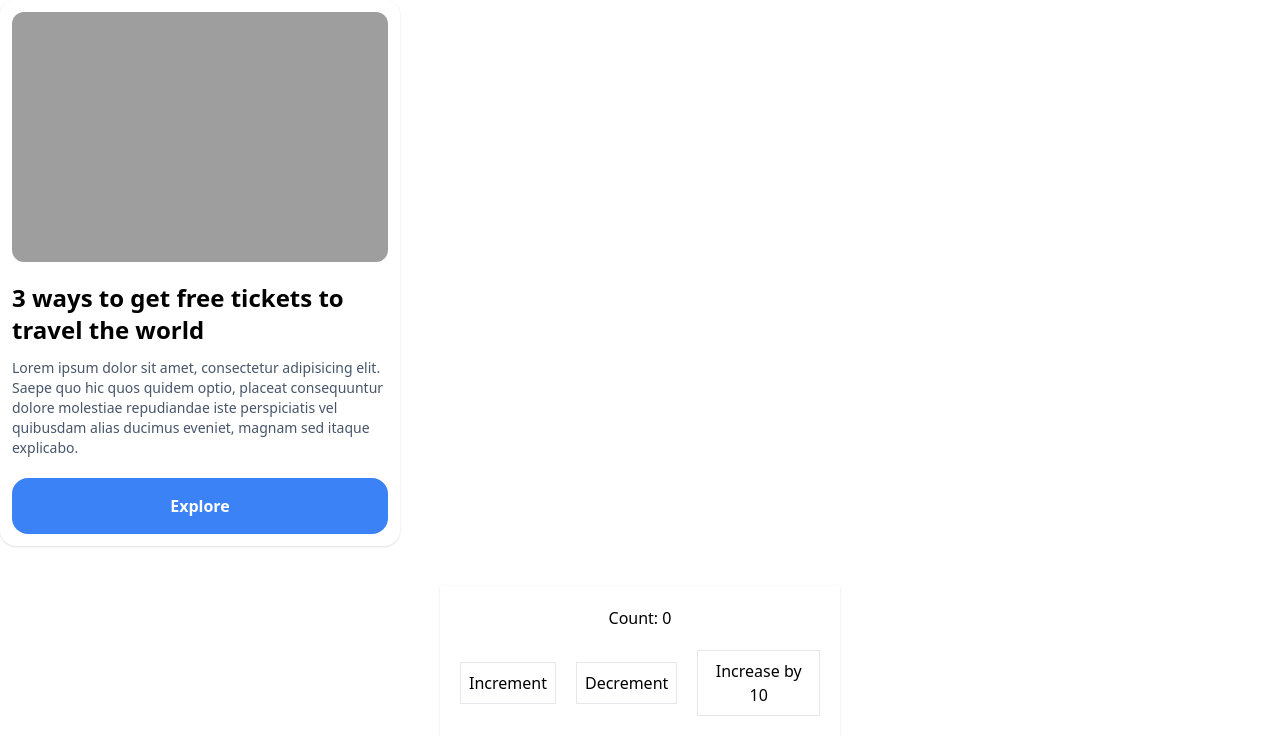
Repository: vophuocthanh/redux
Page: /
The author's editor kept a copy of each file at every save. The page is drawn from the files as they stood at one save, then again after a run of saves.
The browser window is 1280 px wide. The pictures show the whole page.
Pictures or frames that could not be fetched are drawn as grey boxes. The project was rebuilt for these pictures with package versions that can differ from the ones it lists, and the page was loaded fresh each time. Also part of the build but not shown: src/App.css.

Above is the page before, as saved 2023-03-09 00:36:56.

### src/index.js
import React from "react";
import { createRoot } from "react-dom/client";
import App from "./App";
import reportWebVitals from "./reportWebVitals";
import "./index.css";
import { Provider } from "react-redux";
import store from "./redux-toolkit/configureStore";

const container = document.getElementById("root");
const root = createRoot(container);

root.render(
  <Provider store={store}>
    <App />
  </Provider>
);

// If you want to start measuring performance in your app, pass a function
// to log results (for example: reportWebVitals(console.log))
// or send to an analytics endpoint. Learn more: https://bit.ly/CRA-vitals
reportWebVitals();

### src/App.js
import React, { useEffect } from "react";
import { useDispatch, useSelector } from "react-redux";
import "./App.css";
import Card from "./components/Card";
import Counter from "./components/Counter";
import useDarkMode from "./hooks/useDarkMode";
import { toggleDarkMode } from "./redux-toolkit/globalSlice";

function App() {
  const globalOptions = useSelector((state) => state.global);
  console.log("App ~ globalOptions:", globalOptions);
  // const dispatch = useDispatch();
  // const [darkMode, setDarkMode] = useDarkMode();
  // useEffect(() => {
  //   dispatch(toggleDarkMode(darkMode));
  //   // eslint-disable-next-line react-hooks/exhaustive-deps
  // }, []);
  // const handleToggleDarkMode = () => {
  //   setDarkMode(!darkMode);
  //   dispatch(toggleDarkMode(!darkMode));
  // };
  return (
    <div>
      <Card></Card>
      <Counter></Counter>
    </div>
  );
}

function SwitchDarkMode() {
  const dispatch = useDispatch();
  const [darkMode, setDarkMode] = useDarkMode();
  useEffect(() => {
    dispatch(toggleDarkMode(darkMode));
    // eslint-disable-next-line react-hooks/exhaustive-deps
  }, []);
  const handleToggleDarkMode = () => {
    setDarkMode(!darkMode);
    dispatch(toggleDarkMode(!darkMode));
  };
  return (
    <button
      className="p-4 m-3 rounded bg-cyan-300"
      onClick={handleToggleDarkMode}
    >
      Toggle dark mode
    </button>
  );
}

export default App;

### src/redux-toolkit/configureStore.js
import { configureStore, combineReducers } from "@reduxjs/toolkit";
import counterSlice from "./counterSlice";
import globalSlice from "./globalSlice";

const reducer = combineReducers({
  counter: counterSlice,
  global: globalSlice,
});

const store = configureStore({
  reducer,
});

export default store;

### src/components/Card.js
import React from "react";

const Card = () => {
  return (
    <div className="w-[400px] bg-white p-3 rounded-2xl shadow dark:bg-slate-900">
      <div className="card-image h-[250px] mb-5">
        <img
          src="https://cdn.dribbble.com/users/2400293/screenshots/16378193/media/e9ad5ebe9dd6822be9ee622c7465d9e5.png?compress=1&resize=1200x900&vertical=top"
          alt=""
          className="object-cover w-full h-full rounded-xl"
        />
      </div>
      <div className="card-content">
        <h3 className="mb-3 text-2xl font-bold card-title dark:text-white">
          3 ways to get free tickets to travel the world
        </h3>
        <p className="mb-5 text-sm text-slate-600 card-desc dark:text-slate-100">
          Lorem ipsum dolor sit amet, consectetur adipisicing elit. Saepe quo
          hic quos quidem optio, placeat consequuntur dolore molestiae
          repudiandae iste perspiciatis vel quibusdam alias ducimus eveniet,
          magnam sed itaque explicabo.
        </p>
        <a
          href="/#"
          className="block p-4 font-semibold text-center text-white bg-blue-500 card-details rounded-2xl"
        >
          Explore
        </a>
      </div>
    </div>
  );
};

export default Card;

### src/components/Counter.js
import React from "react";
import { useDispatch, useSelector } from "react-redux";
import {
  decrement,
  increment,
  incrementByValue,
} from "../redux-toolkit/counterSlice";
// import { decrement, increment, incrementByValue } from "../redux/counter";

const Counter = () => {
  const count = useSelector((state) => state.counter.count);
  const dispatch = useDispatch();
  const handleIncrement = () => {
    dispatch(increment());
  };
  const handleDecrement = () => {
    dispatch(decrement());
  };
  const handleIncrementByValue = () => {
    dispatch(incrementByValue({ value: 10 }));
  };

  return (
    <div className="flex flex-col items-center p-5 bg-white shadow w-[400px] mx-auto mt-10">
      <h2 className="mb-5">Count: {count}</h2>
      <div className="flex justify-center items-center gap-x-5">
        <button
          className="inline-block p-2 border border-gray-200"
          onClick={handleIncrement}
        >
          Increment
        </button>
        <button
          className="inline-block p-2 border border-gray-200"
          onClick={handleDecrement}
        >
          Decrement
        </button>
        <button
          className="inline-block p-2 border border-gray-200"
          onClick={handleIncrementByValue}
        >
          Increase by 10
        </button>
      </div>
    </div>
  );
};

export default Counter;

### src/hooks/useDarkMode.js
import { useEffect } from "react";
import useLocalStorage from "./useLocalStorage";
import useMedia from "./useMedia";

export default function useDarkMode() {
  // Use our useLocalStorage hook to persist state through a page refresh.
  // Read the recipe for this hook to learn more: usehooks.com/useLocalStorage
  const [enabledState, setEnabledState] = useLocalStorage("dark-mode-enabled");
  // See if user has set a browser or OS preference for dark mode.
  // The usePrefersDarkMode hook composes a useMedia hook (see code below).
  // const prefersDarkMode = usePrefersDarkMode();
  // If enabledState is defined use it, otherwise fallback to prefersDarkMode.
  // This allows user to override OS level setting on our website.
  const enabled = typeof enabledState !== "undefined" ? enabledState : false;
  // Fire off effect that add/removes dark mode class
  useEffect(
    () => {
      const className = "dark";
      const element = window.document.documentElement;
      if (enabled) {
        element.classList.add(className);
      } else {
        element.classList.remove(className);
      }
    },
    [enabled] // Only re-call effect when value changes
  );
  // Return enabled state and setter
  return [enabled, setEnabledState];
}
// Compose our useMedia hook to detect dark mode preference.
// The API for useMedia looks a bit weird, but that's because ...
// ... it was designed to support multiple media queries and return values.
// Thanks to hook composition we can hide away that extra complexity!
// Read the recipe for useMedia to learn more: usehooks.com/useMedia
function usePrefersDarkMode() {
  return useMedia(["(prefers-color-scheme: dark)"], [true], false);
}

### src/redux-toolkit/globalSlice.js
import { createSlice } from "@reduxjs/toolkit";

const globalSlice = createSlice({
  name: "global",
  initialState: {
    darkMode: false,
  },
  reducers: {
    toggleDarkMode: (state, { payload }) => {
      return {
        ...state,
        darkMode: payload,
      };
    },
  },
});
export const { toggleDarkMode } = globalSlice.actions;
export default globalSlice.reducer;

### src/redux-toolkit/counterSlice.js
import { createSlice } from "@reduxjs/toolkit";

const counterSlice = createSlice({
  name: "counter",
  initialState: {
    count: 0,
  },
  reducers: {
    increment: (state) => ({
      ...state,
      count: state.count + 1,
    }),
    decrement: (state) => ({
      ...state,
      count: state.count - 1,
    }),
    incrementByValue: (state, { payload }) => {
      return {
        ...state,
        count: state.count + payload.value,
      };
    },
  },
});
export const { increment, decrement, incrementByValue } = counterSlice.actions;
export default counterSlice.reducer;

### src/hooks/useLocalStorage.js
import { useState } from "react";

export default function useLocalStorage(key, initialValue) {
  // State to store our value
  // Pass initial state function to useState so logic is only executed once
  const [storedValue, setStoredValue] = useState(() => {
    if (typeof window === "undefined") {
      return initialValue;
    }
    try {
      // Get from local storage by key
      const item = window.localStorage.getItem(key);
      // Parse stored json or if none return initialValue
      return item ? JSON.parse(item) : initialValue;
    } catch (error) {
      // If error also return initialValue
      console.log(error);
      return initialValue;
    }
  });
  // Return a wrapped version of useState's setter function that ...
  // ... persists the new value to localStorage.
  const setValue = (value) => {
    try {
      // Allow value to be a function so we have same API as useState
      const valueToStore =
        value instanceof Function ? value(storedValue) : value;
      // Save state
      setStoredValue(valueToStore);
      // Save to local storage
      if (typeof window !== "undefined") {
        window.localStorage.setItem(key, JSON.stringify(valueToStore));
      }
    } catch (error) {
      // A more advanced implementation would handle the error case
      console.log(error);
    }
  };
  return [storedValue, setValue];
}

### src/hooks/useMedia.js
import { useEffect, useState } from "react";

export default function useMedia(queries, values, defaultValue) {
  // Array containing a media query list for each query
  const mediaQueryLists = queries.map((q) => window.matchMedia(q));
  // Function that gets value based on matching media query
  const getValue = () => {
    // Get index of first media query that matches
    const index = mediaQueryLists.findIndex((mql) => mql.matches);
    // Return related value or defaultValue if none
    return typeof values[index] !== "undefined" ? values[index] : defaultValue;
  };
  // State and setter for matched value
  const [value, setValue] = useState(getValue);
  useEffect(
    () => {
      // Event listener callback
      // Note: By defining getValue outside of useEffect we ensure that it has ...
      // ... current values of hook args (as this hook callback is created once on mount).
      const handler = () => setValue(getValue);
      // Set a listener for each media query with above handler as callback.
      mediaQueryLists.forEach((mql) => mql.addListener(handler));
      // Remove listeners on cleanup
      return () =>
        mediaQueryLists.forEach((mql) => mql.removeListener(handler));
    },
    [] // Empty array ensures effect is only run on mount and unmount
  );
  return value;
}

Loaded but not shown: public/index.html (common file); src/reportWebVitals.js (common file); src/index.css (common file); tailwind.config.js (common file)

After the next 4 saves:
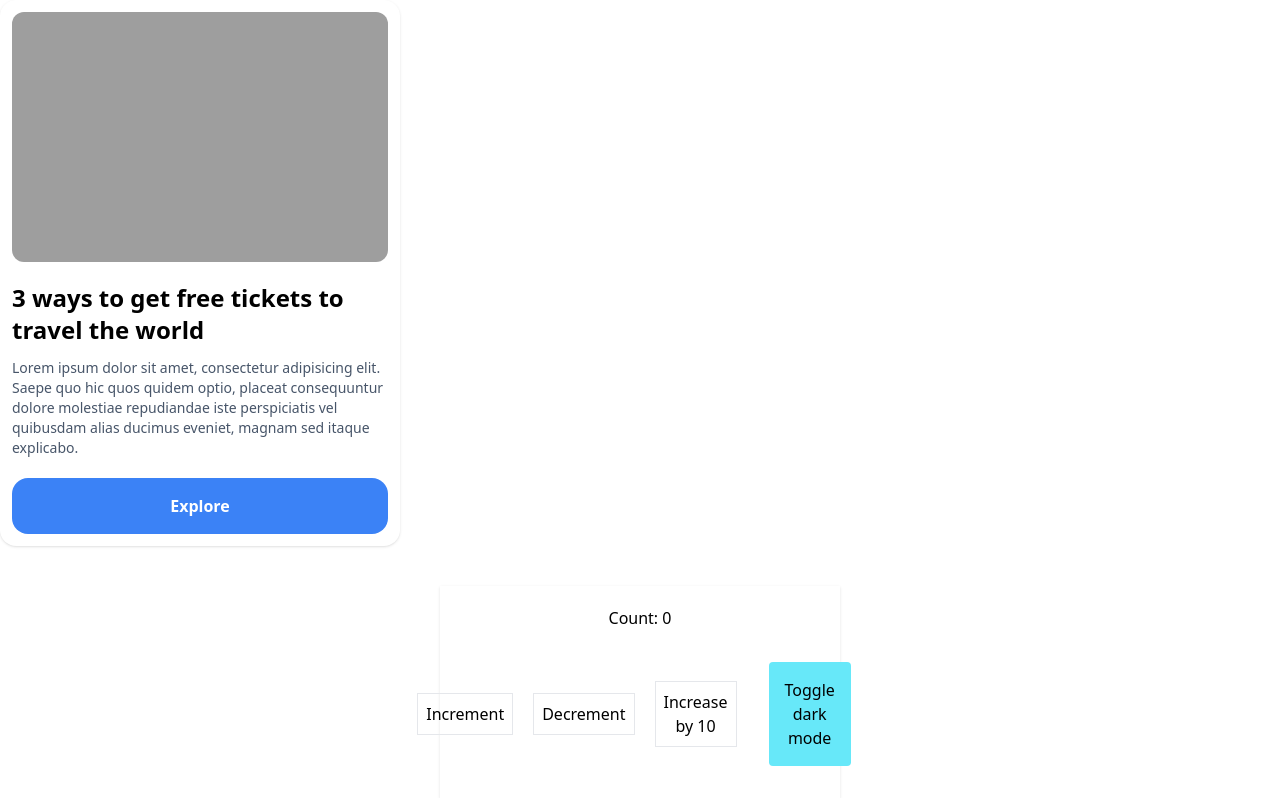
The 4 saves are shown as one change because 3 did not build or start.
The last was saved 81 s later.
--- a/src/App.js
+++ b/src/App.js
@@ -27,25 +27,4 @@ function App() {
   );
 }
 
-function SwitchDarkMode() {
-  const dispatch = useDispatch();
-  const [darkMode, setDarkMode] = useDarkMode();
-  useEffect(() => {
-    dispatch(toggleDarkMode(darkMode));
-    // eslint-disable-next-line react-hooks/exhaustive-deps
-  }, []);
-  const handleToggleDarkMode = () => {
-    setDarkMode(!darkMode);
-    dispatch(toggleDarkMode(!darkMode));
-  };
-  return (
-    <button
-      className="p-4 m-3 rounded bg-cyan-300"
-      onClick={handleToggleDarkMode}
-    >
-      Toggle dark mode
-    </button>
-  );
-}
-
 export default App;
--- a/src/components/Counter.js
+++ b/src/components/Counter.js
@@ -1,10 +1,12 @@
-import React from "react";
+import React, { useEffect } from "react";
 import { useDispatch, useSelector } from "react-redux";
+import useDarkMode from "../hooks/useDarkMode";
 import {
   decrement,
   increment,
   incrementByValue,
 } from "../redux-toolkit/counterSlice";
+import { toggleDarkMode } from "../redux-toolkit/globalSlice";
 // import { decrement, increment, incrementByValue } from "../redux/counter";
 
 const Counter = () => {
@@ -23,7 +25,7 @@ const Counter = () => {
   return (
     <div className="flex flex-col items-center p-5 bg-white shadow w-[400px] mx-auto mt-10">
       <h2 className="mb-5">Count: {count}</h2>
-      <div className="flex justify-center items-center gap-x-5">
+      <div className="flex items-center justify-center gap-x-5">
         <button
           className="inline-block p-2 border border-gray-200"
           onClick={handleIncrement}
@@ -42,9 +44,30 @@ const Counter = () => {
         >
           Increase by 10
         </button>
+        <SwitchDarkMode></SwitchDarkMode>
       </div>
     </div>
   );
 };
+function SwitchDarkMode() {
+  const dispatch = useDispatch();
+  const [darkMode, setDarkMode] = useDarkMode();
+  useEffect(() => {
+    dispatch(toggleDarkMode(darkMode));
+    // eslint-disable-next-line react-hooks/exhaustive-deps
+  }, []);
+  const handleToggleDarkMode = () => {
+    setDarkMode(!darkMode);
+    dispatch(toggleDarkMode(!darkMode));
+  };
+  return (
+    <button
+      className="p-4 m-3 rounded bg-cyan-300"
+      onClick={handleToggleDarkMode}
+    >
+      Toggle dark mode
+    </button>
+  );
+}
 
 export default Counter;
